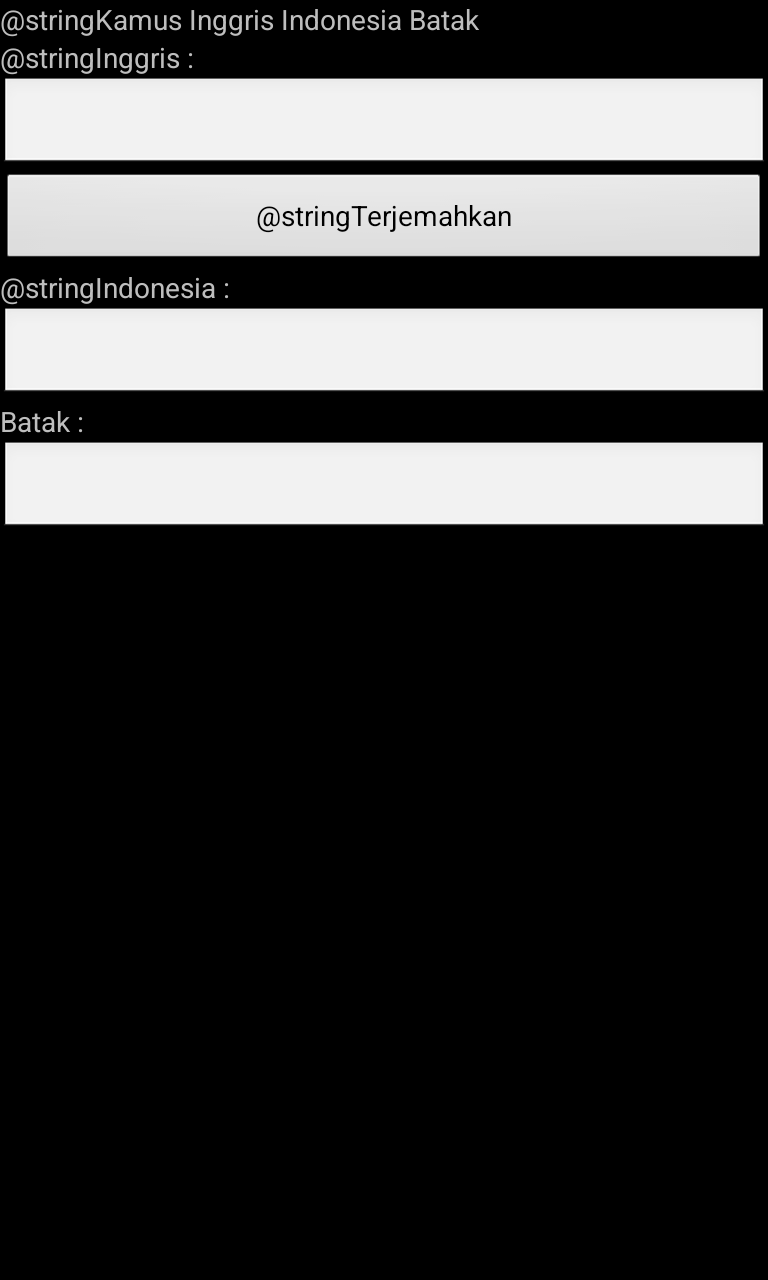
Repository: AndenWano/kamusbahasaindonesia
Layout: KamusKomputer/Kamus/res/layout/activity_show_kamus.xml
These files come from the project's save history. The layout is drawn as it stood at one moment and after the next save; the edit follows.
It is drawn on a 768 x 1280 px phone screen (xhdpi) without system bars, with theme android:Theme; the app's code is not run.

Above is the layout before, as saved 2014-12-21 10:14:17.

### KamusKomputer/Kamus/res/layout/activity_show_kamus.xml
<?xml version="1.0" encoding="utf-8"?>
<LinearLayout
xmlns:android="http://schemas.android.com/apk/res/android"
android:orientation="vertical"
android:layout_width="fill_parent"
android:layout_height="fill_parent"
>
<TextView
android:layout_width="fill_parent"
android:layout_height="wrap_content"
android:text="@stringKamus Inggris Indonesia Batak"
/>
<TextView
android:text="@stringInggris :"
android:id="@+id/TextView01"
android:layout_width="wrap_content"
android:layout_height="wrap_content">
</TextView>
<EditText
android:text=""
android:id="@+id/txtInggris"
android:layout_width="fill_parent"
android:layout_height="wrap_content"
/>
<Button
android:text="@stringTerjemahkan"
android:id="@+id/btnTerjemah"
android:layout_width="fill_parent"
android:layout_height="wrap_content"
android:onClick="getTerjemahan"
/>
<TextView
android:text="@stringIndonesia :"
android:id="@+id/TextView03"
android:layout_width="wrap_content"
android:layout_height="wrap_content"
/>
<EditText
android:text=""
android:id="@+id/txtIndonesia"
android:layout_width="fill_parent"
android:layout_height="wrap_content"
android:editable="false"
/>
<TextView
android:text="Batak :"
android:id="@+id/TextView04"
android:layout_width="wrap_content"
android:layout_height="wrap_content"
/>
<EditText
android:text=""
android:id="@+id/txtBatak"
android:layout_width="fill_parent"
android:layout_height="wrap_content"
android:editable="false"
/>
</LinearLayout>

After the next save:
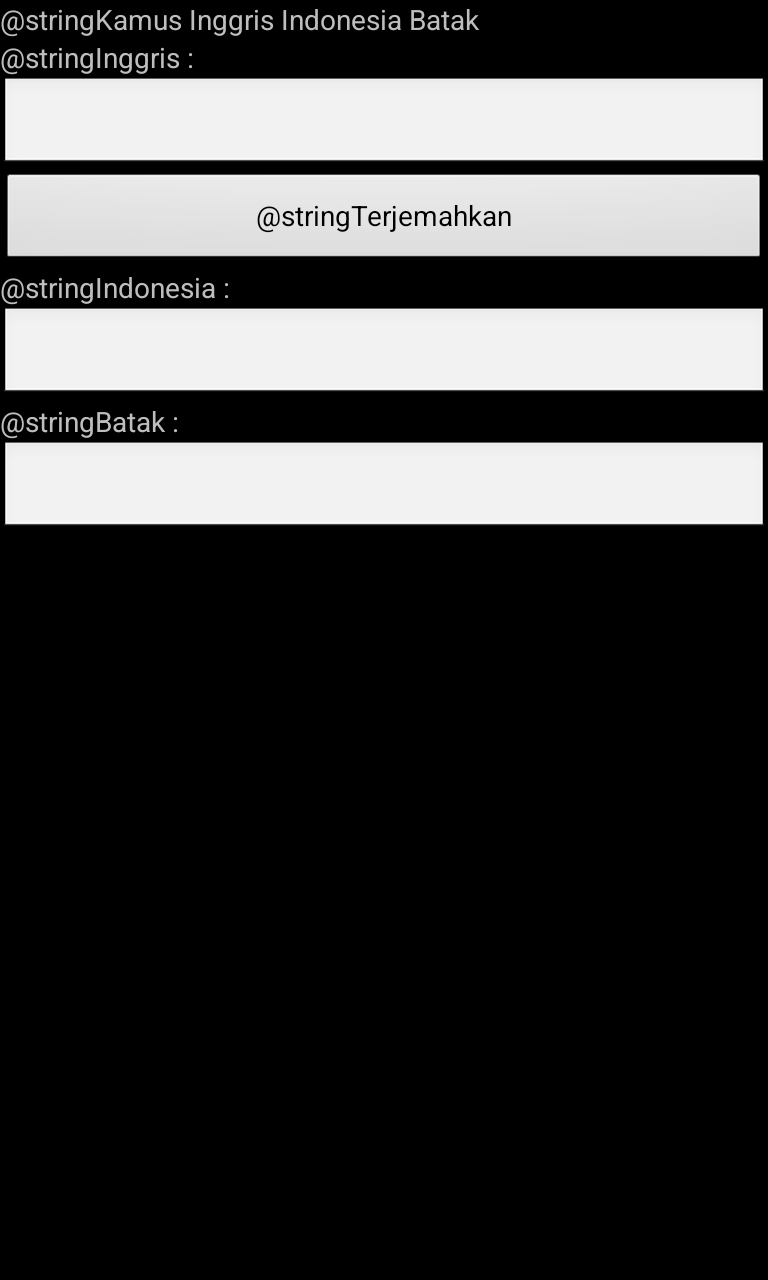
Saved 18 s later.
--- a/KamusKomputer/Kamus/res/layout/activity_show_kamus.xml
+++ b/KamusKomputer/Kamus/res/layout/activity_show_kamus.xml
@@ -43,7 +43,7 @@ android:layout_height="wrap_content"
 android:editable="false"
 />
 <TextView
-android:text="Batak :"
+android:text="@stringBatak :"
 android:id="@+id/TextView04"
 android:layout_width="wrap_content"
 android:layout_height="wrap_content"
